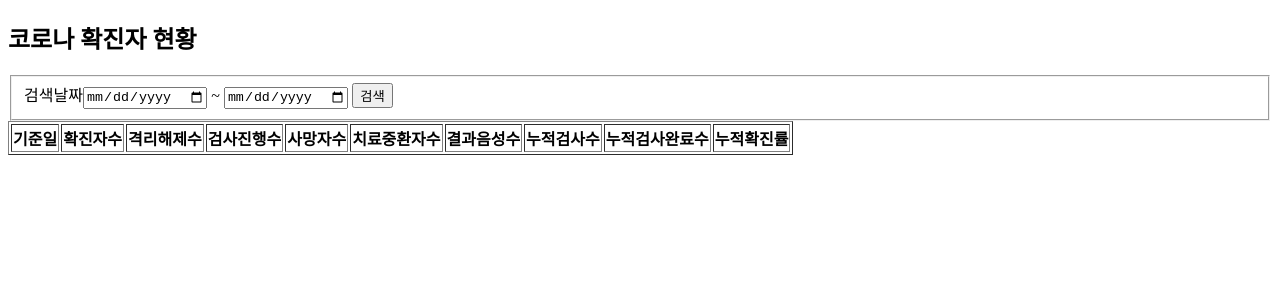
Repository: Sewoong-Lee/jsp
Page: http://localhost/jsp05_api/view/01_xml_covid.jsp
The author's editor kept a copy of each file at every save. The page is drawn from the files as they stood at one save, then again after the next save.
The browser window is 1280 px wide. The pictures show the whole page.
The page is served by Tomcat 9.

Above is the page before, as saved 2021-06-24 08:30:56.

After the next save:
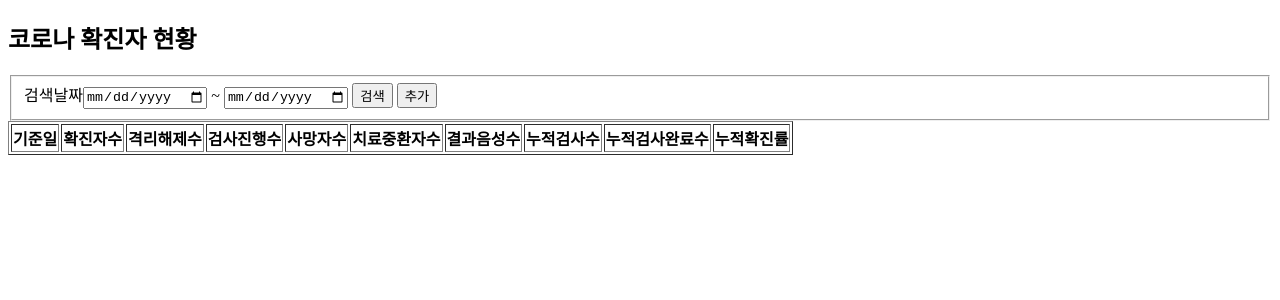
Saved 97 s later.
--- a/source/jsp05_api/WebContent/view/01_xml_covid.jsp
+++ b/source/jsp05_api/WebContent/view/01_xml_covid.jsp
@@ -11,10 +11,11 @@
 </head>
 <body>
 	<h2>코로나 확진자 현황</h2>
-	<form action="${path}/list.do">
+	<form name="covidform" action="${path}/list.do">
 	<fieldset>
 		검색날짜<input type="date" name="startdate"> ~ <input type="date" name="enddate">
 		<button>검색</button>
+		<button onclick="">추가</button>
 	</fieldset>
 	</form>
 		<table border="1">
